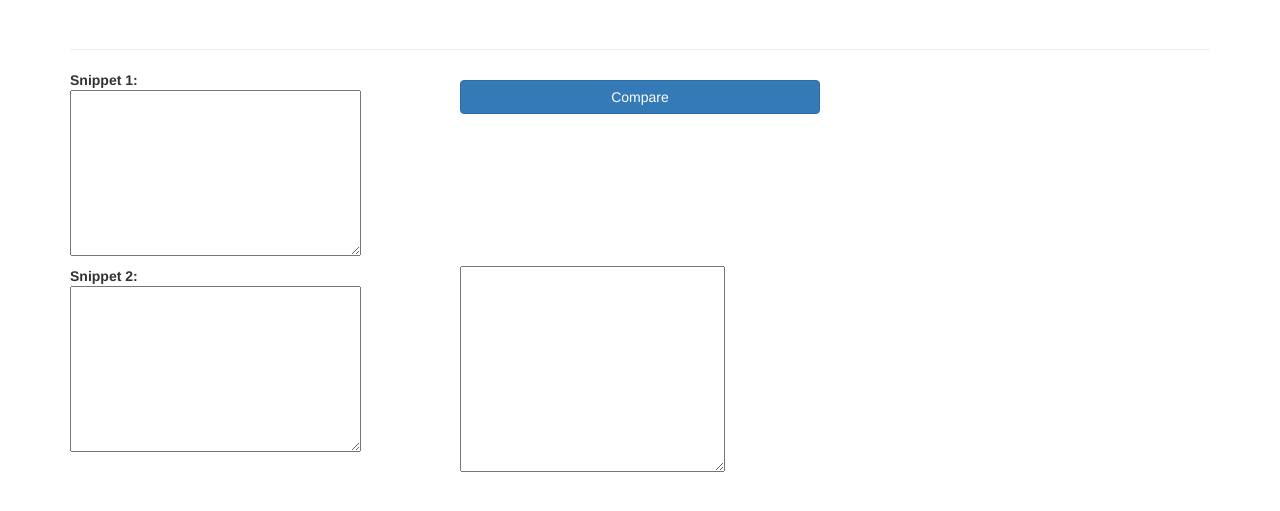
Repository: d4rkm3z/JSPerfomance
Page: index.html
An editor plug-in stored every save of this project. The page is shown before and after the next save, followed by the edit.
The browser window is 1280 px wide. The pictures show the whole page.

Above is the page before, as saved 2016-10-25 14:08:00.

After the next save:
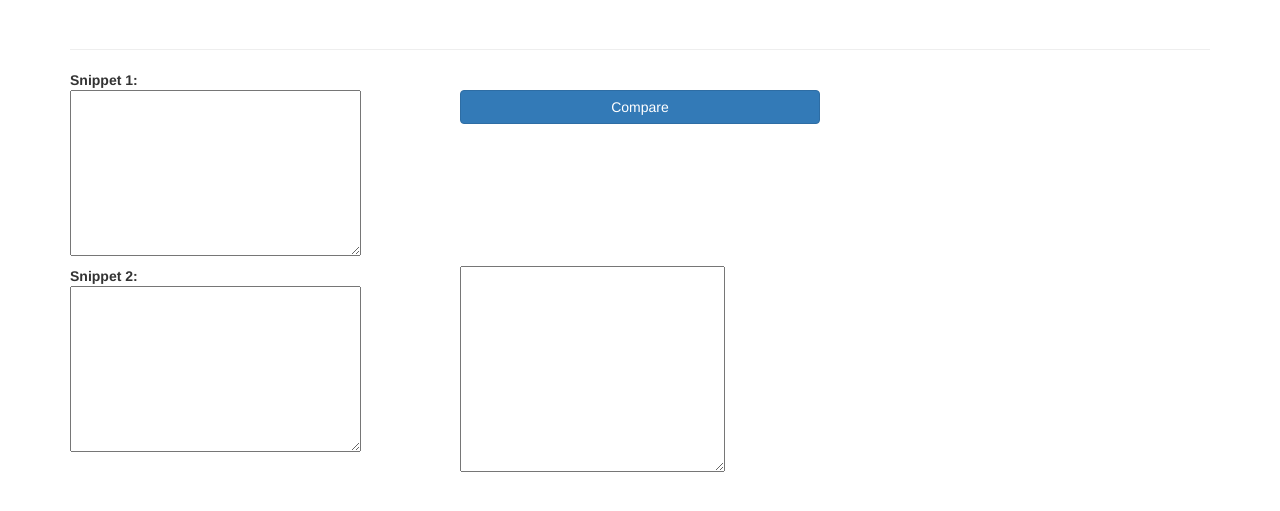
Saved 9 s later.
--- a/src/css/style.css
+++ b/src/css/style.css
@@ -1,3 +1,3 @@
 .btn-compare{
-  margin-top:10px !important;
+  margin-top:20px !important;
 }
